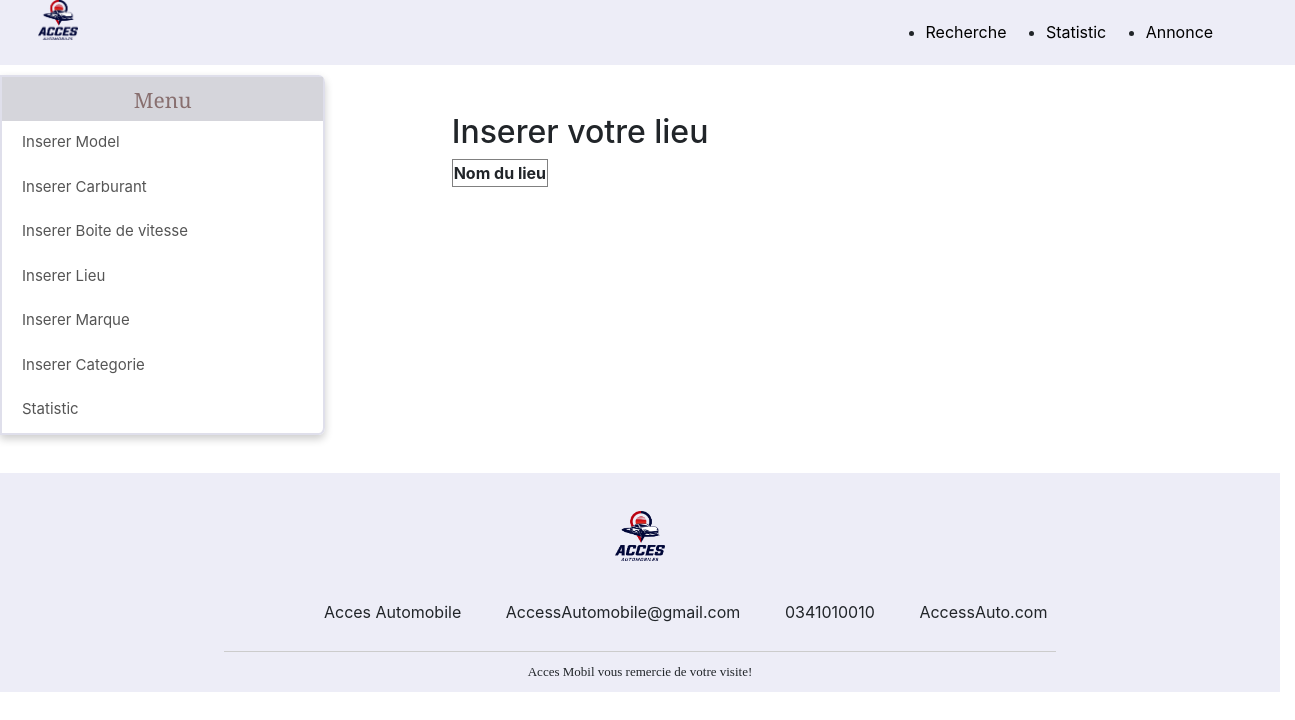
Repository: DiaryRz/FrontWeb
Page: /SelectLieu
The author's editor kept a copy of each file at every save. The page is drawn from the files as they stood at one save, then again after the next save.
The browser window is 1280 px wide. The page is 1295 px wide, so the pictures cover 1295 px, including what lies to the right of the window. The pictures show the whole page.
The page's requests for data from a server got no answer. The project was rebuilt for these pictures with package versions that can differ from the ones it lists, and the page was loaded fresh each time. No one was signed in, and anything a server would have sent is missing. Also part of the build but not shown: src/component/InsertModel.jsx, src/page/AppAffichage.jsx, src/component/InsertCarburant.jsx, src/page/Carburant.jsx, src/component/BoiteDeVitesse.jsx, src/page/BoiteDeVitesse.jsx, src/component/InsertLieu.jsx, src/page/Lieu.jsx and 10 more.

Above is the page before, as saved 2024-01-28 19:14:32.

### src/App.js
import AppAffichage from './page/AppAffichage';
import Liste from './page/Carburant';
import InsertionBoiteDeVitesse from './page/BoiteDeVitesse';
import InsertionLieu from './page/Lieu';
import InsertionMarque from './page/Marque';
import ListeDesLieux from './page/SelectLieu';
import Login from './component/Login';
import InsertionCategorie from './component/InsertionCategorie';
import ListeCarburant from './page/ListeCarburant';
import ListeCategorie from './page/ListeCategorie';
import Recherche from './page/Recherche';
import { BrowserRouter, Route, Routes } from 'react-router-dom';

function App() {
  return (
    <div className="App">
      <BrowserRouter>
        <Routes>
          <Route path='/' element = {<Login/> }></Route>
          <Route path='/insertionModel' element={ <AppAffichage /> }></Route>     {/* Insertion model */}
          <Route path='/InsertionCarburant' element={ <Liste /> }></Route>
          <Route path='/InsertionBoiteDeVitesse' element={ <InsertionBoiteDeVitesse /> }></Route>
          <Route path='/InsertionLieu' element={ <InsertionLieu /> }></Route>
          <Route path='/InsertionMarque' element={ <InsertionMarque /> }></Route>
          <Route path='/SelectLieu' element={ <ListeDesLieux /> }></Route>
          <Route path='/insertionCategorie' element = {<InsertionCategorie/> }></Route>
          <Route path='/ListeCarburant' element = {<ListeCarburant/> }></Route>
          <Route path='/Recherche' element = {<Recherche/> }></Route>
          <Route path='/ListeCategorie' element = {<ListeCategorie/> }></Route>
        </Routes>
      </BrowserRouter>
    </div>
  );
}

export default App;

### src/page/SelectLieu.jsx
import {Header , Footer} from '../component/Header';
import './css/AppAffichage.css';
import { ListeLieu } from '../component/ListeLieu';
import {NavBar} from '../component/NavBar';

function ListeDesLieux(){
    return(
        <>
            <Header/>
            <div className='row'>
                <div className='col-md-4'><NavBar/></div>
                <div className='col-md-8'><ListeLieu/></div>
            </div>
            <div className="footer">
                <Footer/>
            </div>
        </>
    );
}

export default ListeDesLieux;

### src/component/Header.jsx
import React from 'react';
import './css/Header.css';
import '../assets/bootstrap/css/bootstrap.min.css';
import { Link } from 'react-router-dom';

export function Header() {
    return(
        <>
            <div className="row contenair">
                <div className="col-md-8 imagehaut"><img src="./image/logo.png" alt='' width={40} height={40}/></div>
                <ul className="col-md-4 Ulheader">
                    <li><Link to="/Recherche">Recherche</Link></li>
                    <li><Link to="/statistic">Statistic</Link></li>
                    <li><Link to="/">Annonce</Link></li>
                </ul>
            </div>
        </>
    );
}

export function Footer(){
    return(
        <>
            <div className="footer">
                <div className='Text'>
                    <img src="./image/logo.png" alt='' width={50} height={50}/>
                </div>
                <div className='Liste'>
                    <ul className="Liste1">
                        <li>Acces Automobile</li>
                        <li>AccessAutomobile@gmail.com</li>
                        <li>0341010010</li>
                        <li>AccessAuto.com</li>
                    </ul>
                </div>
                <div className='ligne'>
                    <hr />
                </div>
                <div className='TextDuBas'>
                    Acces Mobil vous remercie de votre visite!
                </div>
            </div>
        </>
    );
}

### src/page/css/AppAffichage.css
.produit{
    display: flex;
    flex-wrap: wrap;
    gap: 30px;
    justify-content: flex-start;
    width: 80%;
    float: left;
}

.droite{
    width: 20%;
    float: right;
    text-align: left;
}

.texte{
    width: 100%;
    margin-left: 5%;
}

.footer{
    float: right;
    width: 100%;
}

### src/component/NavBar.jsx
import React from 'react';
import './css/NavBar.css';
import '../assets/bootstrap/css/bootstrap.min.css';
import { Link } from 'react-router-dom';

export function NavBar() {
    return(
        <>
            <div className="conteneur">
                <ul className="NavListe">
                    <li className='EnTeteMenu'>Menu</li>
                    <li className='Chaque'><Link to="/insertionModel">Inserer Model</Link></li>
                    <li className='Chaque'><Link to="/InsertionCarburant">Inserer Carburant</Link></li>
                    <li className='Chaque'><Link to="/InsertionBoiteDeVitesse">Inserer Boite de vitesse</Link></li>
                    <li className='Chaque'><Link to="/InsertionLieu">Inserer Lieu</Link></li>
                    <li className='Chaque'><Link to="/InsertionMarque">Inserer Marque</Link></li>
                    <li className='Chaque'><Link to="/insertionCategorie">Inserer Categorie</Link></li>
                    <li className='Chaque'><Link to="/statistic">Statistic</Link></li>
                </ul>
            </div>
        </>
    );
}

### src/component/ListeLieu.jsx
import React, { useEffect, useState } from 'react';
import './css/Model.css';
import '../assets/bootstrap/css/bootstrap.min.css';

export function ListeLieu() {
  const[ListeLieu,setListeLieu] = useState([])

  useEffect(()=>{
    fetch('https://projsbmrrj1-production.up.railway.app/lieux')
    .then(res=>res.json())
    .then((result)=>{
      setListeLieu(result);
    }
    )
  }, [])

  return (
    <div className="container mt-5">
      <h2>Inserer votre lieu</h2>
            <div>
                <table border='1px'>
                    <tr>
                        <th>Nom du lieu</th>
                    </tr>
                    {ListeLieu.map(liste => (
                        <tr>
                            <td key={liste.id}>
                                {liste.nomLieu}
                            </td>
                        </tr>
                    ))}
                </table>
            </div>

    </div>

  );
}

### src/component/css/Model.css
.container{
    margin-top: 5%;
}

.Valider{
    margin-top: 2% ;
}

.Valider input{
    width: 100%;
    background-color: rgb(17, 17, 75);
    border: 0;
    height: 35px;
    border-radius: 5px;
    color: white;
    font-size: 20px;
}

### src/page/css/ListeCss.css
/* Style de la liste non ordonnée */
ul {
    list-style-type: disc; /* Style de la puce (cercle plein) */
    margin: 20px 0; /* Marge autour de la liste */
    padding: 0; /* Supprime le rembourrage par défaut de la liste */
  }

  /* Style de la liste ordonnée */
  ol {
    list-style-type: decimal; /* Style du numéro (chiffres) */
    margin: 20px 0; /* Marge autour de la liste */
    padding: 0; /* Supprime le rembourrage par défaut de la liste */
  }

  /* Style des éléments de la liste */
  li {
    margin-bottom: 5px; /* Marge en bas de chaque élément de liste */
  }

  /* Exemple de style supplémentaire pour une liste horizontale */
  ul.horizontal-list {
    list-style-type: none; /* Supprime les puces */
    display: flex; /* Utilise la disposition flexbox pour une liste horizontale */
  }

  ul.horizontal-list li {
    margin-right: 10px; /* Marge à droite entre les éléments de la liste horizontale */
  }

### src/component/css/Header.css
.contenair{
    background-color: rgb(237, 237, 247);
    padding-left: 3%;
    height: 65px;
}


.Ulheader{
    display: flex;
}

ul {
    list-style-type: none;
    padding: 0;
}

li {
    margin-left: 10%;
}

.Liste{
    display: flex;
    gap: 2%;
}

.Liste1{
    width: 30%;
}
.Liste1 li{
    height: 80%;
}

.Ecriture{
    padding-left: 33%;
    height: 2%;
}

.contenair a{
    color: black !important;
    text-decoration: none !important;
}

.footer a{
    color: black !important;
    text-decoration: none !important;
}

/* Footer */
.footer{
    background-color: rgb(237, 237, 247);
    margin-top: auto;
    text-align: center;
    margin-top: 3%;
}

.Text{
    padding-bottom: 3%;
}

.Liste {
    display: flex;
    align-items: center;
    /* justify-content: center; */
    margin-left: 23%;
    padding-bottom: 1%;
}

.Liste1 {
    list-style: none;
    padding: 0;
    margin: 0;
    display: flex;
    align-items: center;
}

.Liste1 li {
    margin-right: 15px;
    white-space: nowrap; /* Prevent the li from breaking to the next line */
}

.ligne hr {
    margin: 10px auto !important; /* Center the hr within the .footer */
    width: 65%; /* Set the desired width of the hr */
    border: none;
    border-top: 1px solid #ccc;
}

.TextDuBas{
    font-family: 'Century Gothic';
    font-size: small;
    margin-bottom: 10px;
}

### src/component/css/NavBar.css
/* NavBar.css */
.conteneur {
    border: 2px solid rgb(223, 223, 235);
    box-shadow: 0 4px 8px rgba(0.1, 0.1, 0.1, 0.2);
    left: 0;
    display: flex;
    flex-direction: column;
    align-items: left;
    margin-top: 10px;
    margin-right: 20%;
    border-bottom-right-radius: 2%;
    border-top-right-radius: 2%;
}

.NavListe {
    list-style-type: none; /* Supprimer les puces des listes */
    padding: 0;
    margin: 0;
    text-align: left;
}

.Chaque {
    margin-bottom: 2px; /* Espacement entre chaque lien */
    margin-left: 0px;
    padding-left: 10px;
}

.Chaque a {
    text-decoration: none; /* Supprimer la décoration du lien */
    font-size: 15px; /* Taille du texte */
    padding: 10px; /* Rembourrage autour du texte */
    border-radius: 5px; /* Coins arrondis */
    display: block; /* Pleine largeur pour les liens */
    transition: background-color 0.3s ease; /* Transition de couleur de fond */
    color: #555;
}

.Chaque a:hover {
    background-color: rgb(237, 237, 247); /* Couleur de fond au survol */
    color: rgb(14, 13, 13);
    /* font-size: 16px; */
    text-decoration: none;
}

.EnTeteMenu{
    color: rgb(136, 111, 111);
    margin: 0;
    text-align: center;
    background-color: rgb(213, 213, 219);
    height: 44px;
    padding-top: 8px;
    font-size: 21px;
    font-family: Georgia, 'Times New Roman', Times, serif
}

Loaded but not shown: public/index.html (common file); src/index.js (common file); src/index.css (common file); src/reportWebVitals.js (common file); src/assets/bootstrap/css/bootstrap.min.css (library)

After the next save:
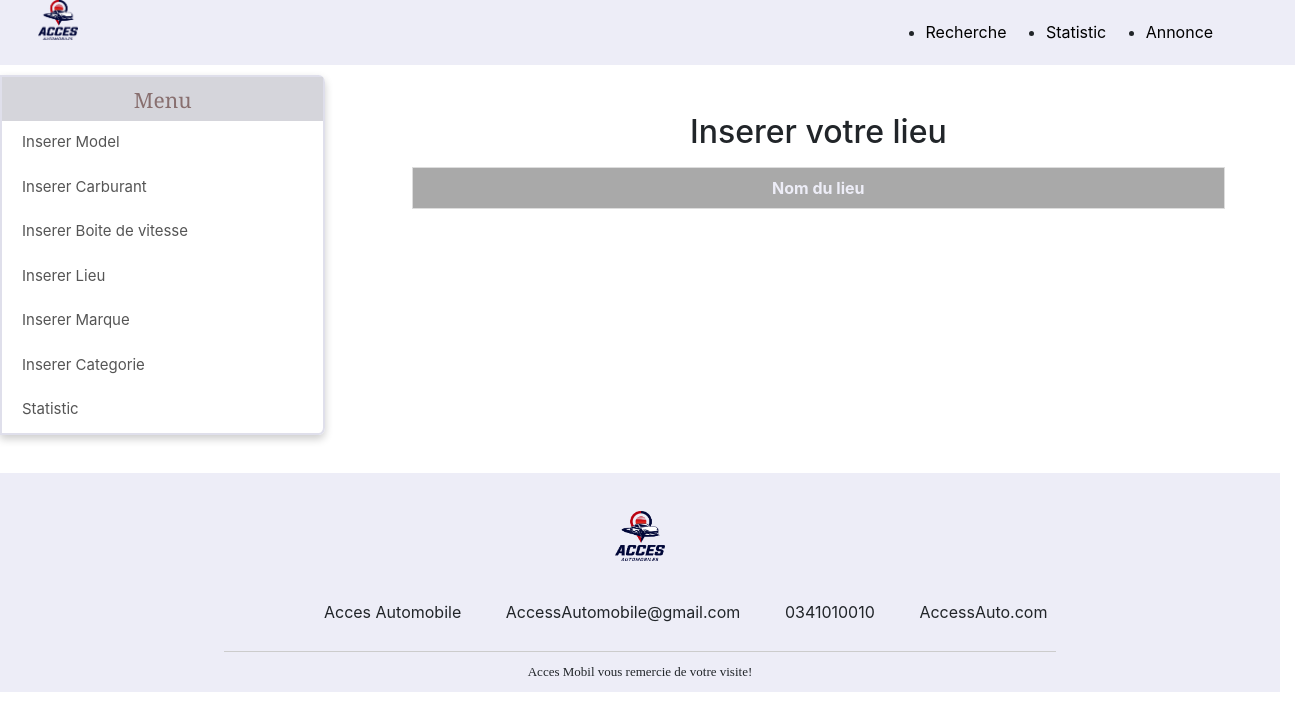
Saved 84 min 40 s later.
--- a/src/component/ListeLieu.jsx
+++ b/src/component/ListeLieu.jsx
@@ -15,24 +15,25 @@ export function ListeLieu() {
   }, [])
 
   return (
-    <div className="container mt-5">
-      <h2>Inserer votre lieu</h2>
-            <div>
-                <table border='1px'>
-                    <tr>
-                        <th>Nom du lieu</th>
+    <div className="container mt-5" style={{marginLeft:'-40px'}}>
+    <h2 style={{ marginBottom: '1rem', fontSize: '2rem',textAlign:'center' }}>Inserer votre lieu</h2>
+    <div style={{ overflowX: 'auto' }}>
+        <table style={{ width: '100%', borderCollapse: 'collapse', border: '1px solid #ddd' }}>
+            <thead>
+                <tr>
+                    <th style={{ backgroundColor: 'darkGray', padding: '0.5rem', textAlign: 'center',color:'rgb(237, 237, 247)' }}>Nom du lieu</th>
+                </tr>
+            </thead>
+            <tbody>
+                {ListeLieu.map(liste => (
+                    <tr key={liste.id} style={{ backgroundColor: (ListeLieu.indexOf(liste) % 2 === 0) ? '#f2f2f2' : 'white' }}>
+                        <td style={{ padding: '0.5rem', textAlign: 'left' }}> ...   {liste.nomLieu}</td>
                     </tr>
-                    {ListeLieu.map(liste => (
-                        <tr>
-                            <td key={liste.id}>
-                                {liste.nomLieu}
-                            </td>
-                        </tr>
-                    ))}
-                </table>
-            </div>
-
+                ))}
+            </tbody>
+        </table>
     </div>
+</div>
 
   );
 }
